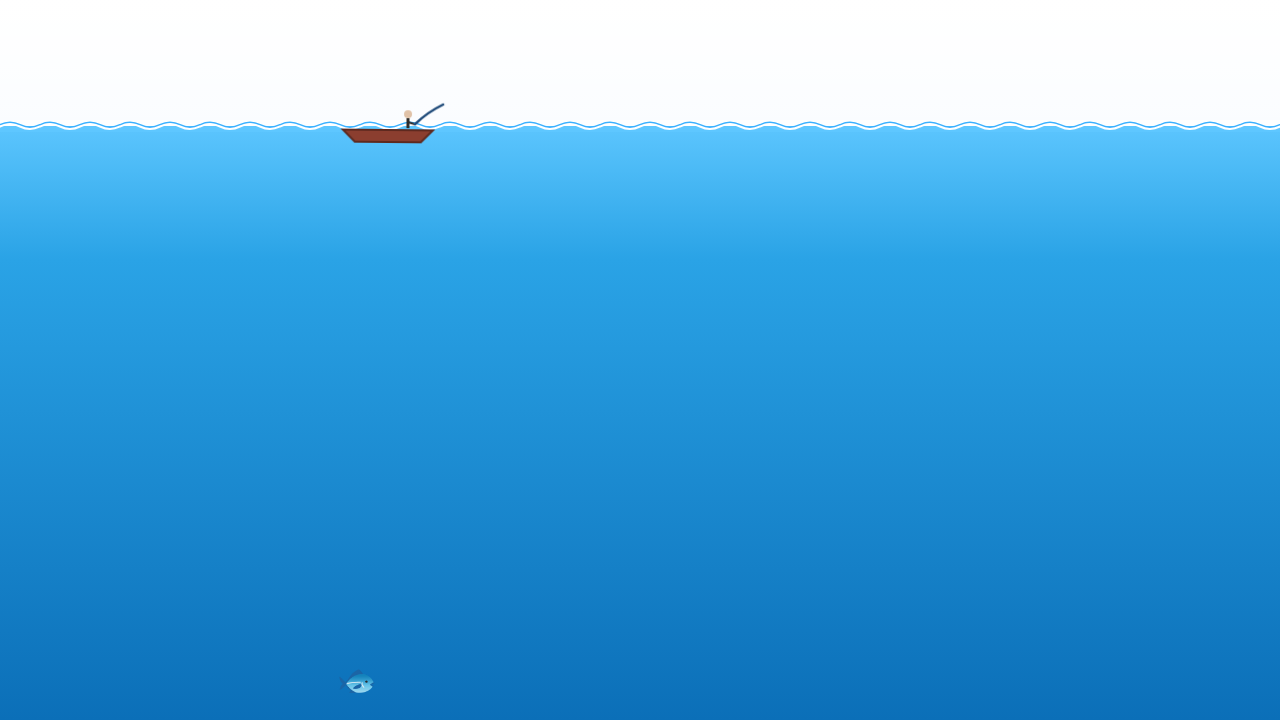
Repository: DeepFriedTurkey441/fd_game_project
Page: index.html
An editor plug-in stored every save of this project. The page is shown before and after the next save, followed by the edit.
The browser window is 1280 px wide. The pictures show the whole page.

Above is the page before, as saved 2025-09-22 14:06:09.

After the next save:
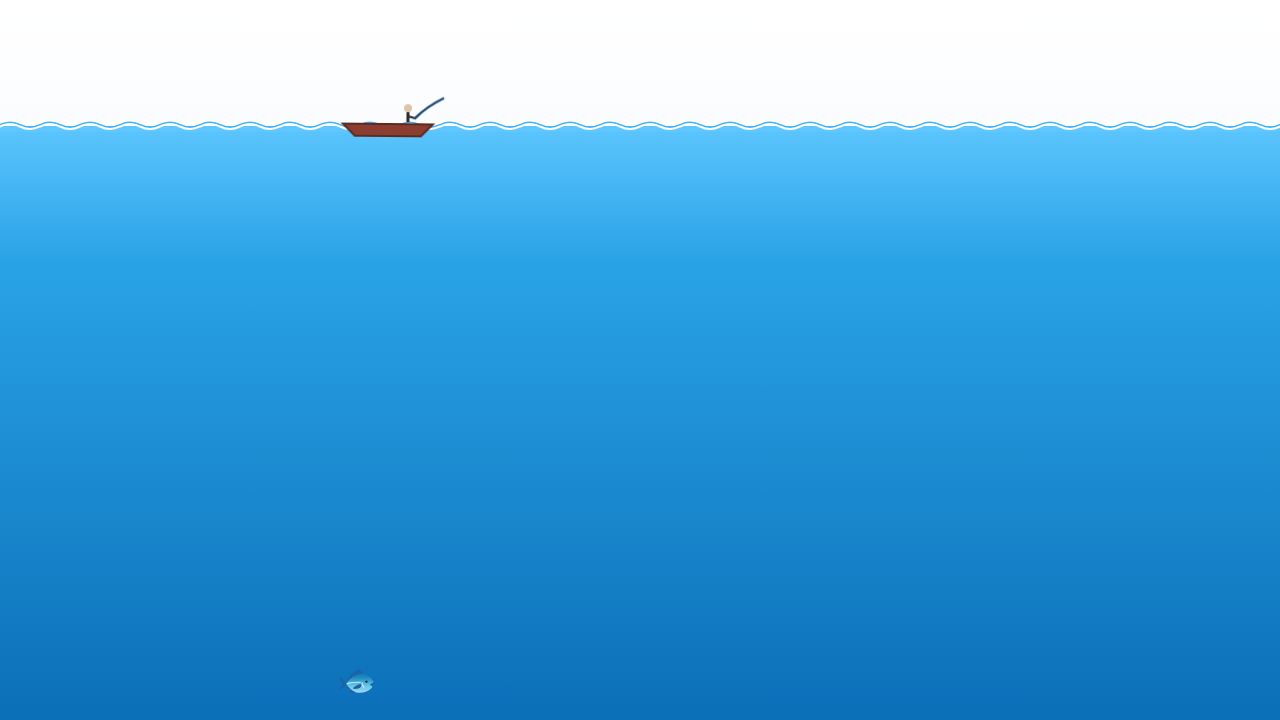
Saved 11 s later.
--- a/style.css
+++ b/style.css
@@ -42,9 +42,9 @@ body {
   }
 
 /* Boat at surface */
-.boat {
+  .boat {
     position: absolute;
-    top: calc(100vh / 6 - 28px); /* float just above ripple crest */
+    top: calc(100vh / 6 - 34px); /* float a bit higher above ripple */
     width: 120px; height: 60px;
     transform-origin: 50% 50%;
     animation: bob 3.2s ease-in-out infinite;
